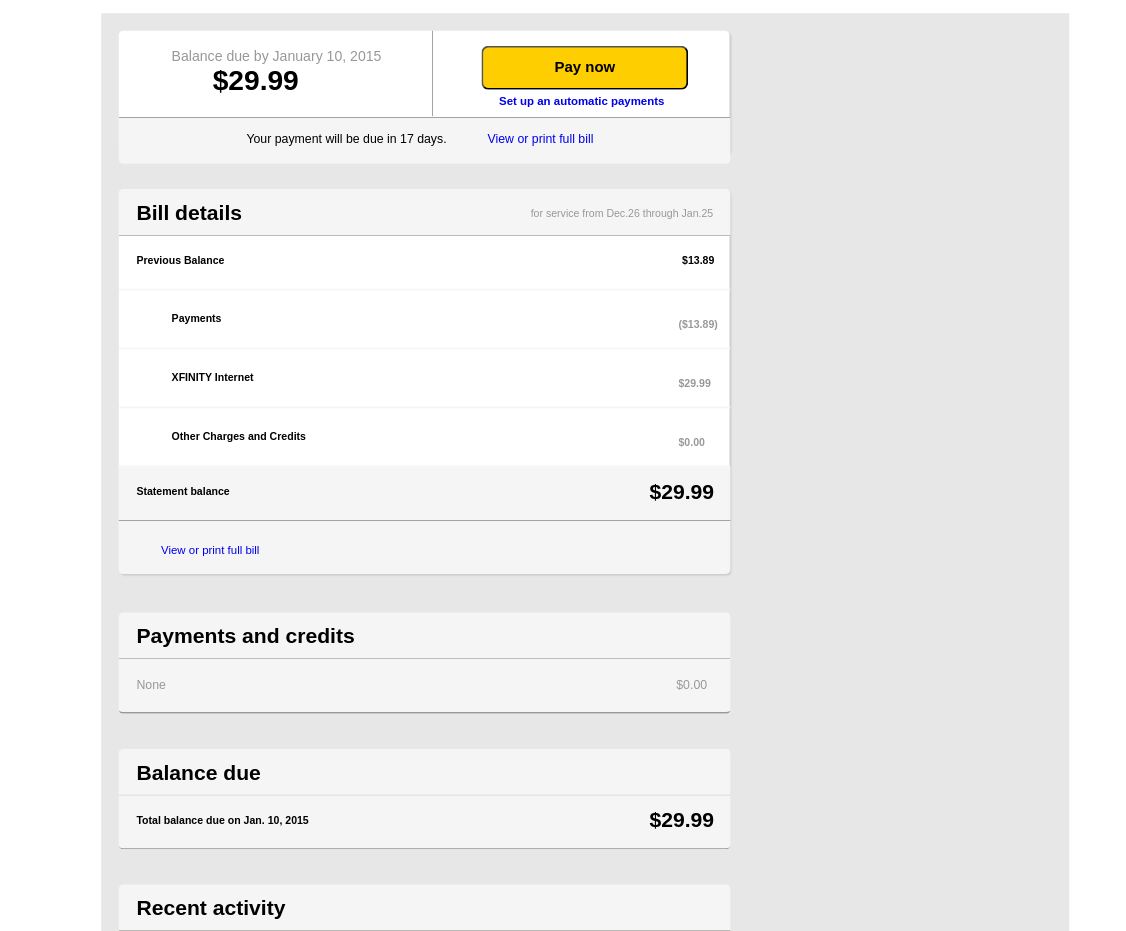
Repository: Sakivaday/UI-TSQ
Page: Aptana Studio 3 Workspace/tsq/assignment3/comcast2.html
An editor plug-in stored every save of this project. The page is shown before and after the next save, followed by the edit.
The browser window is 1280 px wide. The pictures show the whole page, at 88% of full size.
Pictures or frames that could not be fetched are drawn as grey boxes.

Above is the page before, as saved 2015-01-22 00:35:28.

### Aptana Studio 3 Workspace/tsq/assignment3/comcast2.html
<!DOCTYPE html>
<html lang="en">
	<head>


		<title>comcast2</title>
		<link href="comcst2.css" rel="stylesheet" type="text/css" media="all"/>
	</head>

	<body>
		<div class="bigbox">
			<div class="topleft1">

				<div class="cash">
					<p>Balance due by January 10, 2015</p>
					<h1>$29.99</h1>
				</div>
				<div class="pay">
					<button>Pay now</button>
					<a href="#">Set up an automatic payments</a>
				</div>
				<div class="days">
					<ul><li>
					<p>Your payment will be due in 17 days.
					<a href="#">View or print full bill</a></p>
				</li></ul>
				</div>
				</div>

			<div class="topleft2">
				<div class="billdetails">
					<h2>Bill details</h2>
					<div class="questionmark"></div>
					<p>for service from Dec.26 through Jan.25</p>
				</div>
			<div class="previousbalance">
				<p id="pb">Previous Balance</p>
				<p id="cc">$13.89</p>
			</div>
			<div class="rectbox1">
				<ul>
					<li>
						<div class="arrow"><p class="lft">Payments</p>
						</div>
						<p class="bill">($13.89)</p>
					</li></ul></div>

			<div class="rectbox1">	<ul>    <li>
						<div class="arrow"><p class="lft">XFINITY Internet</p>
						</div>
						<p class="bill">$29.99</p>
			</li></ul></div>
			<div class="rectbox1"><ul>		<li>
						<div class="arrow"><p class="lft">Other Charges and Credits</p>
						</div>
						<p class="bill">$0.00</p>
			</li></ul></div>
		<div class="statement">
					<p id="sb">Statement balance</p>
					<h2 id="p">$29.99</h2>
				</div>
				<div class="lst">
				<div class="pd">
					<a href="#">View or print full bill</a>
				</div></div>
			</div>
		<div class="payments">
					<h2>Payments and credits</h2>
					<div class="questionmark"></div>
				</div>
		<div class="none">
				<p id="no">None</p>
				<p id="cash">$0.00</p>
			</div>
		<div class="balance">
					<h2>Balance due</h2>
					<div class="questionmark"></div>
				</div>
		<div class="totalbalance">
					<p id="tb">Total balance due on Jan. 10, 2015</p>
					<h2 id="dollar">$29.99</h2>
				</div>
		<div class="recentactivity">
					<h2>Recent activity</h2>
					<div class="questionmark"></div>
				</div>






		</div>



	</body>
</html>

### Aptana Studio 3 Workspace/tsq/assignment3/comcst2.css
*{
	padding:0px;
	margin:0px;
	font-family: "Arial";
	text-decoration: none;
	list-style: none;
}
.bigbox {
	width:1100px;
	margin-left:115px;
	margin-top: 15px;
	background-color: #e7e7e7;
}
.topleft1{
	width: 694px;
	height: 140px;
	background-color: white;
	box-shadow: 2px 2px 2px #cacaca;
	border-radius: 5px;
	margin-left: 20px;
	margin-top: 20px;
	display: inline-block;
}
.cash{
	float:left;
	margin-left: 30px;
	margin-top:20px;
	width: 47%;
}
.cash p{
	color: #989896;
	margin-left: 30px;
}
.cash h1{
	text-align: center;
	margin-left: -75px;
}
button{
	background-color: #fece00;
	width: 235px;
	height: 50px;
	border-radius: 8px;
	font-weight: bold;
	font-size: 17px;
	float:left;
	margin-left: 55px;
	margin-top: 17px;
}
.pay a{
	font-size: 13px;
	font-weight:600;
	margin-left: 75px;
	padding-top: 5px;
	padding-bottom: 10px;
	display: inline-block;
}
.pay{
	width: 47%;
	float:left;
	border-left: 1px solid #989896;
}
.days{
	background-color: #F5F5F5;
	border-top: 1px solid #989896;
	height: 52px;
	width: 695px;
	margin-top: 98px;
	border-radius: 0px 0px 5px 5px;
}
.days ul li p{
	margin-left: 145px;
	margin-top: 16px;
	font-size: 14px;
}
.days ul li a{
	font-size:14px;
	margin-left: 274px;
    display:inherit;
    margin-top: -17px;
}
.pdf{
	margin-left: 500px;
	margin-top: 16px;
	font-size: 14px;
}
.topleft2{
	width: 694px;
	background-color: white;
	box-shadow: 2px 2px 2px #cacaca;
	border-radius: 5px;
	margin-left: 20px;
	margin-top: 40px;
	display: inline-block;
}
.billdetails{
    background-color: #F5F5F5;
	border-bottom: 1px solid #989896;
	height: 52px;
	width: 695px;
	border-radius: 5px 5px 0px 0px;
}
.billdetails h2{
	margin-top: 13px;
	margin-left: 20px;
	float: left;
}
.questionmark{
	background: url('pictures/sprite.png') no-repeat;
	width:14px;
	height:14px;
	background-position: -200px -1300px;
	float: left;
	margin-top: 21px;
	margin-left: 10px;
}
.billdetails p{
	margin-top: -14px;
	margin-left: 328px;
	float:left;
	font-size: 12px;
	color: #989896;
}
.previousbalance{
	border-bottom: 2px solid #F5F5F5;
	height: 60px;
	width: 695px;
}
#pb{
	margin-left:20px;
	margin-top: 21px;
	font-weight:600;
	float:left;
	font-size: 12px;
}
#cc{
	margin-left:520px;
	margin-top: 21px;
	font-weight:600;
	float: left;
	font-size: 12px;
}
.arrow{
	background: url('pictures/sprite.png') no-repeat;
	width:23px;
	height:23px;
	background-position: -101px -500px;
	float: left;
	margin-top: 21px;
	margin-left: 20px;
}
.lft{
	float: left;
	margin-top: 4px;
	margin-left: 40px;
	font-weight:600;
	font-size: 12px;
	width: 160px;
}
.bill{
	float: left;
	margin-top: -12px;
	margin-left: 636px;
	font-weight:600;
	font-size: 12px;
	color: #989896;
	display:inline-block;
}
.rectbox1{
	border-bottom: 2px solid #F5F5F5;
	height: 65px;
	width: 695px;
}
.statement{
	border-bottom: 1px solid #989896;
	height: 60px;
	width: 695px;
	background-color: #F5F5F5;
}
#sb{
	margin-left:20px;
	margin-top: 21px;
	font-weight:600;
	float:left;
	font-size: 12px;
}
#p{
	margin-left: 603px;
	margin-top: -21px;
	float: left;
}
.lst{
	height: 60px;
	width: 695px;
	background-color: #F5F5F5;
	border-radius: 0px 0px 5px 5px;
}
.pd{
	background: url('pictures/sprite.png') no-repeat;
	width:22px;
	height:27px;
	background-position: -252px -300px;
	float: left;
	margin-top: 21px;
	margin-left: 10px;
}
.lst .pd a{
	float: left;
	margin-left: 38px;
	margin-top: 4px;
	font-size: 13px;
	width: 140px;
}
.payments{
    background-color: #F5F5F5;
	border-bottom: 1px solid #989896;
	height: 52px;
	width: 695px;
	border-radius: 5px 5px 0px 0px;
	margin-left:20px;
	margin-top: 40px;
}
.payments h2{
	margin-top: 13px;
	margin-left: 20px;
	float: left;
}
.none{
	background-color: #F5F5F5;
	border-bottom: 2px solid #989896;
	height: 60px;
	width: 695px;
	border-radius: 0px 0px 5px 5px;
	margin-left:20px;
}
#no{
	margin-left:20px;
	margin-top: 21px;
	color:#989896;
	float:left;
	font-size: 14px;
}
#cash{
	margin-left:580px;
	margin-top: 21px;
	color:#989896;
	float: left;
	font-size: 14px;
}
.balance{
    background-color: #F5F5F5;
	border-bottom: 1px solid #989896;
	height: 52px;
	width: 695px;
	border-radius: 5px 5px 0px 0px;
	margin-left:20px;
	margin-top: 40px;
}
.balance h2{
	margin-top: 13px;
	margin-left: 20px;
	float: left;
}
.totalbalance{
	border-bottom: 1px solid #989896;
	height: 60px;
	width: 695px;
	background-color: #F5F5F5;
	border-radius: 0px 0px 5px 5px;
	margin-left: 20px;
}
#tb{
	margin-left:20px;
	margin-top: 21px;
	font-weight:600;
	float:left;
	font-size: 12px;
}
#dollar{
	margin-left: 603px;
	margin-top: -21px;
	float: left;
}
.recentactivity{
    background-color: #F5F5F5;
	border-bottom: 1px solid #989896;
	height: 52px;
	width: 695px;
	border-radius: 5px 5px 0px 0px;
	margin-left:20px;
	margin-top: 40px;
}
.recentactivity h2{
	margin-top: 13px;
	margin-left: 20px;
	float: left;
}

After the next save:
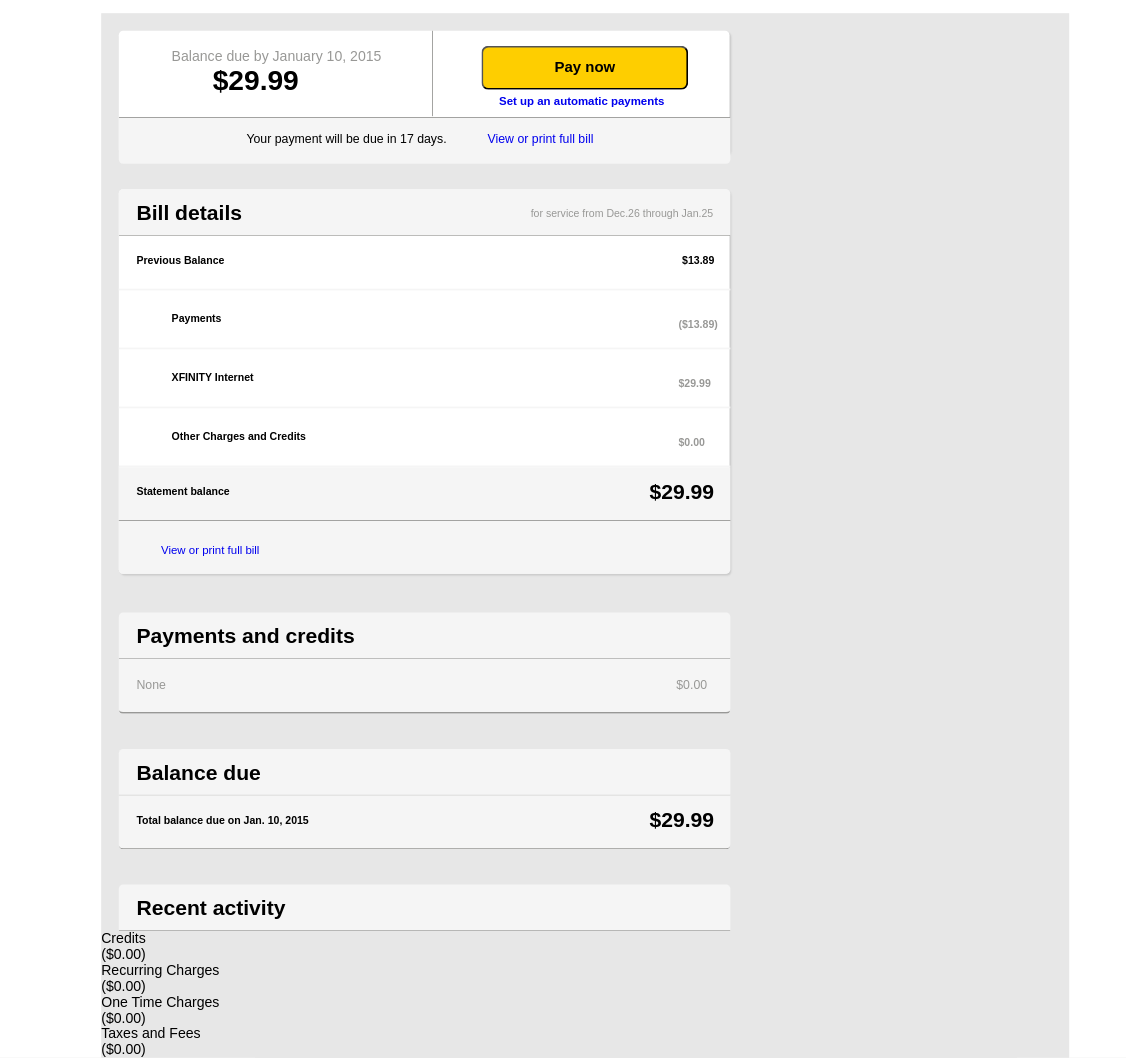
Saved 6 min 45 s later.
--- a/Aptana Studio 3 Workspace/tsq/assignment3/comcast2.html
+++ b/Aptana Studio 3 Workspace/tsq/assignment3/comcast2.html
@@ -84,6 +84,41 @@
 					<h2>Recent activity</h2>
 					<div class="questionmark"></div>
 				</div>
+		<div class="rectbox2">
+				<ul>
+					<li>
+						<p class="lft1">Credits</p>
+						<p class="bills">($0.00)</p>
+					</li></ul>
+			    <ul>
+					<li>
+						<p class="lft1">Recurring Charges</p>
+						<p class="bills">($0.00)</p>
+					</li></ul>
+			   <ul>
+					<li>
+						<p class="lft1">One Time Charges</p>
+						<p class="bills">($0.00)</p>
+					</li></ul>
+			   <ul>
+					<li>
+						<p class="lft1">Taxes and Fees</p>
+						<p class="bills">($0.00)</p>
+					</li></ul>
+					</div>
+
+
+
+
+
+
+
+
+
+
+
+
+
 
 
 
